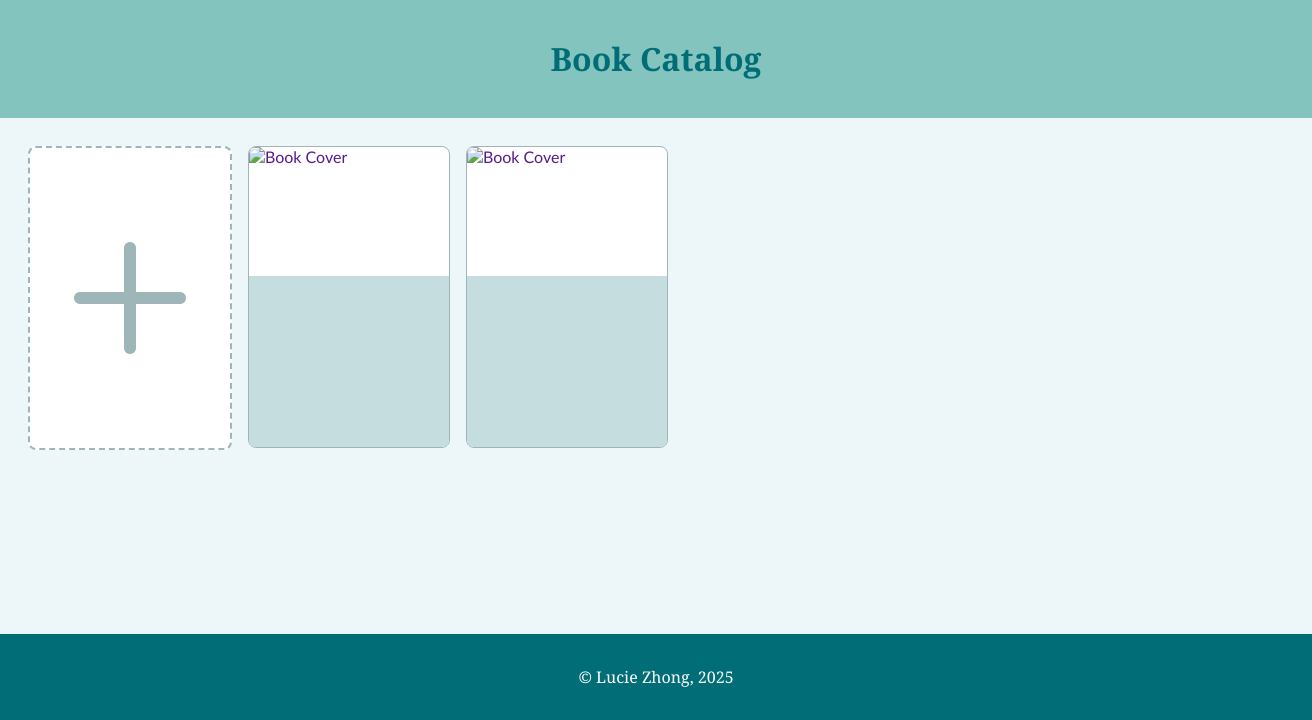
Repository: luwuciez/webdev2-book-catalog-v1
Page: /
These files come from the project's save history. The page is drawn as it stood at one moment and after the next save; the edit follows.
The browser window is 1280 px wide. The page is 1312 px wide, so the pictures cover 1312 px, including what lies to the right of the window. The pictures show the whole page.
The page's requests for data from a server got no answer. The project was rebuilt for these pictures with package versions that can differ from the ones it lists, and the page was loaded fresh each time. No one was signed in, and anything a server would have sent is missing. Also part of the build but not shown: vite.config.js.

Above is the page before, as saved 2025-09-13 23:39:06.

### index.html
<!DOCTYPE html>
<html lang="en">
    <head>
        <meta charset="UTF-8" />
        <link rel="icon" type="image/svg+xml" href="/vite.svg" />
        <link
            rel="stylesheet"
            href="https://fonts.googleapis.com/css2?family=Material+Symbols+Rounded:opsz,wght,FILL,GRAD@48,600,0,0&icon_names=add"
        />
        <meta name="viewport" content="width=device-width, initial-scale=1.0" />
        <title>Vite + React</title>
    </head>
    <body>
        <div id="root"></div>
        <script type="module" src="/src/main.jsx"></script>
    </body>
</html>

### src/index.css
html,
body {
    margin: 0;
    padding: 0;
    font-family: Georgia, "Times New Roman", Times, serif;
    background-color: #edf6f9;
}

a {
    text-decoration: none;
}

.book {
    display: flex;
    flex-direction: column;
    align-items: center;
    background-color: white;
    border: 1px solid #9fb6b9;
    border-radius: 8px;
    margin: 8px;
    width: 200px;
    height: 300px;
    overflow: hidden;
    transition: box-shadow 0.3s ease;
    font-family: "Gill Sans", "Gill Sans MT", Calibri, "Trebuchet MS", sans-serif;
}

.book:hover {
    box-shadow: 0 4px 16px rgba(0, 109, 119, 0.2);
}

.book__cover {
    width: 200px;
    height: 220px;
    object-fit: cover;
}

.book__author {
    font-size: 1.1em;
    font-weight: 400;
    background-color: #c6dde0;
    color: #006d77;
    text-align: center;
    width: 100%;
    height: 280px;
    padding: 8px 16px;
    box-sizing: border-box;
    display: flex;
    justify-content: center;
    align-items: center;
}

### src/App.jsx
import "./App.css";
import Book from "./Book.jsx";

function App() {
    return (
        <>
            <div className="header">
                <h1>Book Catalog</h1>
            </div>
            <div className="catalog">
                <div className="newBook">
                    <span class="material-symbols-rounded">add</span>
                </div>
                <Book isbn="9781484282939" />
                <Book isbn="9781803231280" />
            </div>
            <div className="footer">
                <p>© Lucie Zhong, 2025</p>
            </div>
        </>
    );
}

export default App;

### src/App.css
.header {
    background-color: #83c5be;
    color: #006d77;
    text-align: center;
    width: 100%;
    padding: 16px;
}

.footer {
    background-color: #006d77;
    color: white;
    text-align: center;
    position: fixed;
    bottom: 0;
    width: 100%;
    padding: 16px;
}

.catalog {
    display: flex;
    flex-wrap: wrap;
    justify-content: start;
    padding: 20px 20px 60px 20px;
}

.newBook {
    display: flex;
    flex-direction: column;
    align-items: center;
    justify-content: center;
    background-color: white;
    border: 2px dashed #9fb6b9;
    border-radius: 8px;
    margin: 8px;
    width: 200px;
    height: 300px;
    color: #9fb6b9;
    font-size: 3em;
    cursor: pointer;
    transition: box-shadow 0.3s ease, background-color 0.3s ease, color 0.3s ease;
}

.newBook span {
    font-size: 4em;
}

.newBook:hover {
    box-shadow: 0 4px 16px rgba(0, 109, 119, 0.2);
    background-color: #f0f8f8;
    color: #006d77;
}

### src/Book.jsx
import { useEffect, useState } from "react";

function Book({ isbn }) {
    const [bookCover, setBookCover] = useState(null);
    const [author, setAuthor] = useState("");
    const [link, setLink] = useState("");

    useEffect(() => {
        fetch(`https://api.itbook.store/1.0/books/${isbn}`)
            .then((response) => response.json())
            .then((data) => {
                setBookCover(data.image);
                setAuthor(data.authors);
                setLink(data.url);
            })
            .catch((error) => console.error("Error fetching book data:", error));
    }, []);

    return (
        <a href={link} target="_blank">
            <div className="book">
                <img src={bookCover} alt="Book Cover" className="book__cover" />

                <div className="book__author">{author}</div>
            </div>
        </a>
    );
}

export default Book;

Loaded but not shown: src/main.jsx (common file)

After the next save:
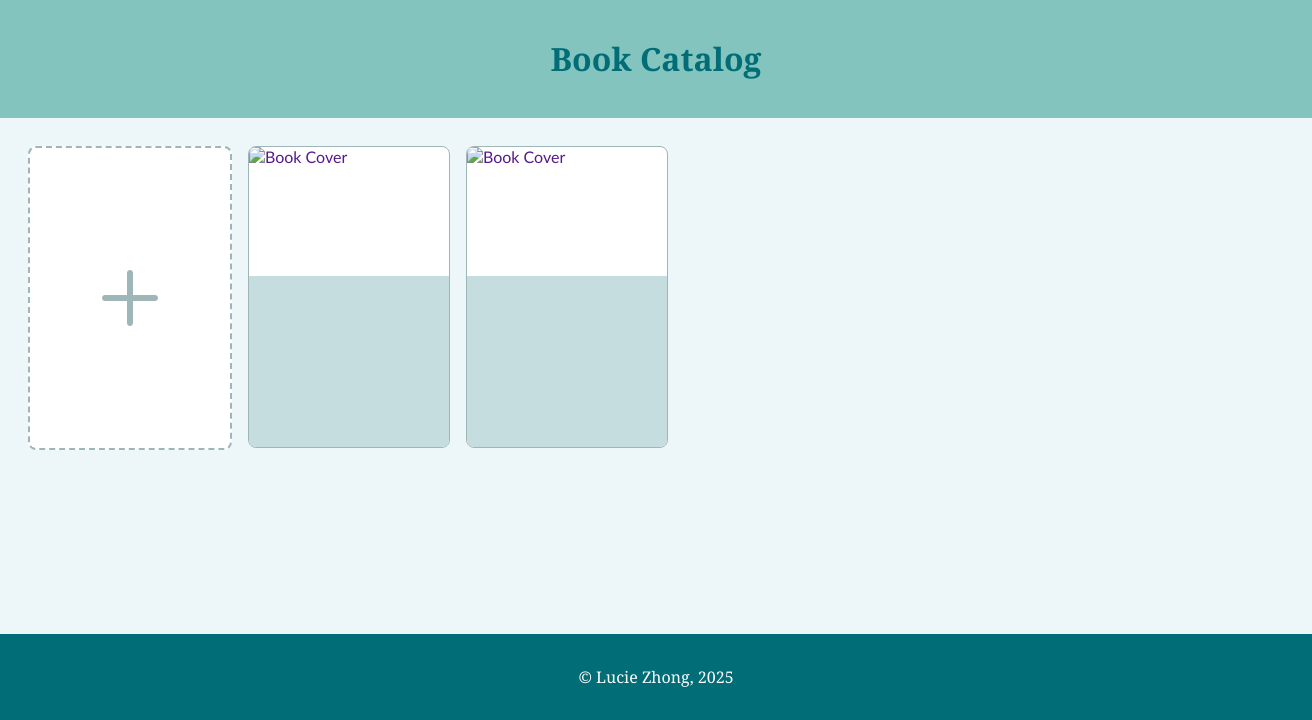
Saved 4 s later.
--- a/src/App.css
+++ b/src/App.css
@@ -41,7 +41,7 @@
 }
 
 .newBook span {
-    font-size: 4em;
+    font-size: 2em;
 }
 
 .newBook:hover {
